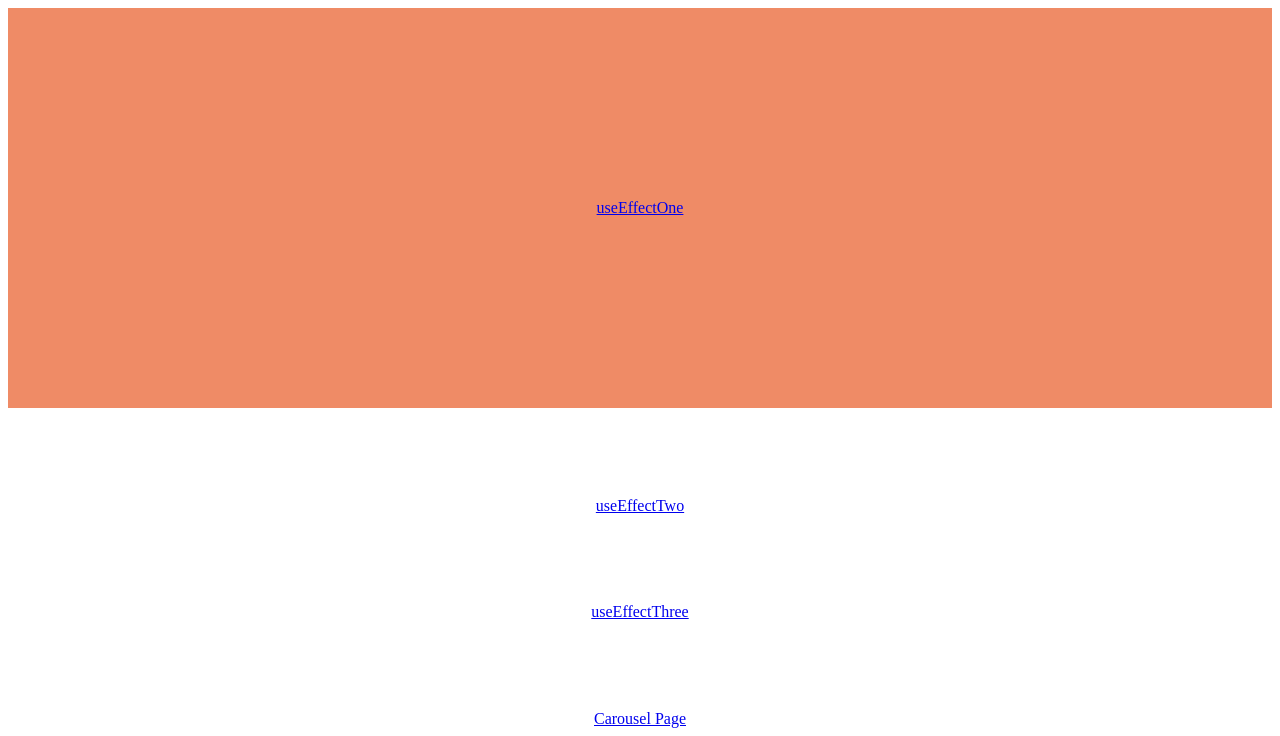
Repository: giovanabirck/class8
Page: /
These files come from the project's save history. The page is drawn as it stood at one moment and after the next save; the edit follows.
The browser window is 1280 px wide. The pictures show the whole page.
The project was rebuilt for these pictures with package versions that can differ from the ones it lists, and the page was loaded fresh each time. The framework's server and built-in components were replaced by stand-ins that run in the browser. Also part of the build but not shown: next.config.js.

Above is the page before, as saved 2023-02-23 17:48:03.

### pages/index.js
import Head from 'next/head'
import styles from '@/styles/Home.module.css'
import Link from 'next/link'


export default function Home() {
  return (
    <>
      <Head>
        <title>Create Next App</title>
        <meta name="description" content="Generated by create next app" />
        <meta name="viewport" content="width=device-width, initial-scale=1" />
        <link rel="icon" href="/favicon.ico" />
      </Head>
      <main className={styles.main}>
        <div className={styles.effect_one}>
          <Link href="/useEffectOne" className={styles.one_link}>useEffectOne</Link>
        </div>
        <div className={styles.effect_two}>
          <Link href="/useEffectTwo">useEffectTwo</Link>
        </div>
        <div className={styles.effect_three}>
          <Link href="/useEffectThree">useEffectThree</Link>
        </div>
        <div className={styles.carousel}>
          <Link href="/carouselPage">Carousel Page</Link>
        </div>
      </main>
    </>
  )
}

### styles/globals.css
:root {
  --blue: #95CDF9;
  --green: #C3E0CF;
  --orange: #EF8B66;
  --white: #f4f9fd;
  --black: #222222;
  }

### styles/Home.module.css
.main {
  display: flex;
  flex-direction: column;
  justify-content: space-between;
  align-items: center;
  padding: 0rem;
  min-height: 100vh;
  font-family: ;
}

.effect_one {
  background-color: var(--orange);
  width: 100%;
  height: 25rem;
  margin: 0rem;
  display: flex;
  justify-content: center;
  align-items: center;

}

Loaded but not shown: pages/_app.js (common file); pages/_document.js (common file)

After the next save:
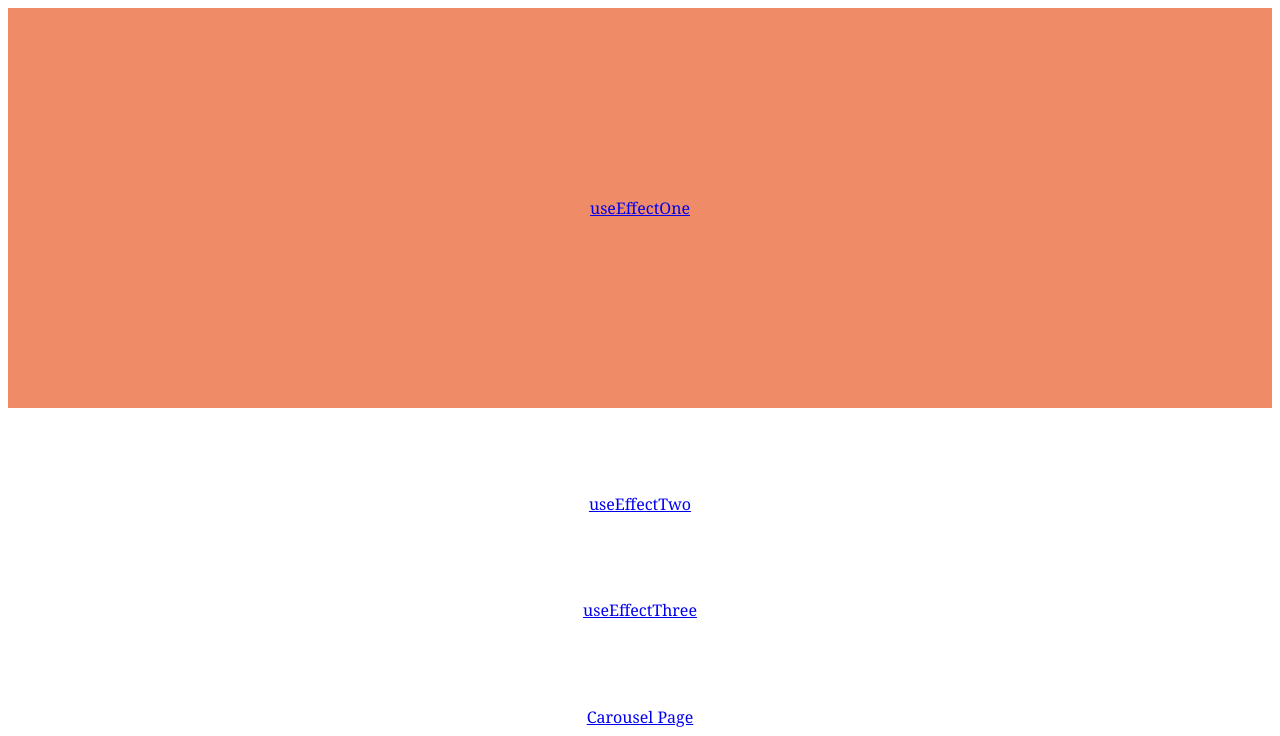
Saved 8 s later.
--- a/styles/Home.module.css
+++ b/styles/Home.module.css
@@ -5,7 +5,7 @@
   align-items: center;
   padding: 0rem;
   min-height: 100vh;
-  font-family: ;
+  font-family: Georgia, 'Times New Roman', Times, serif;
 }
 
 .effect_one {

After the save that followed:
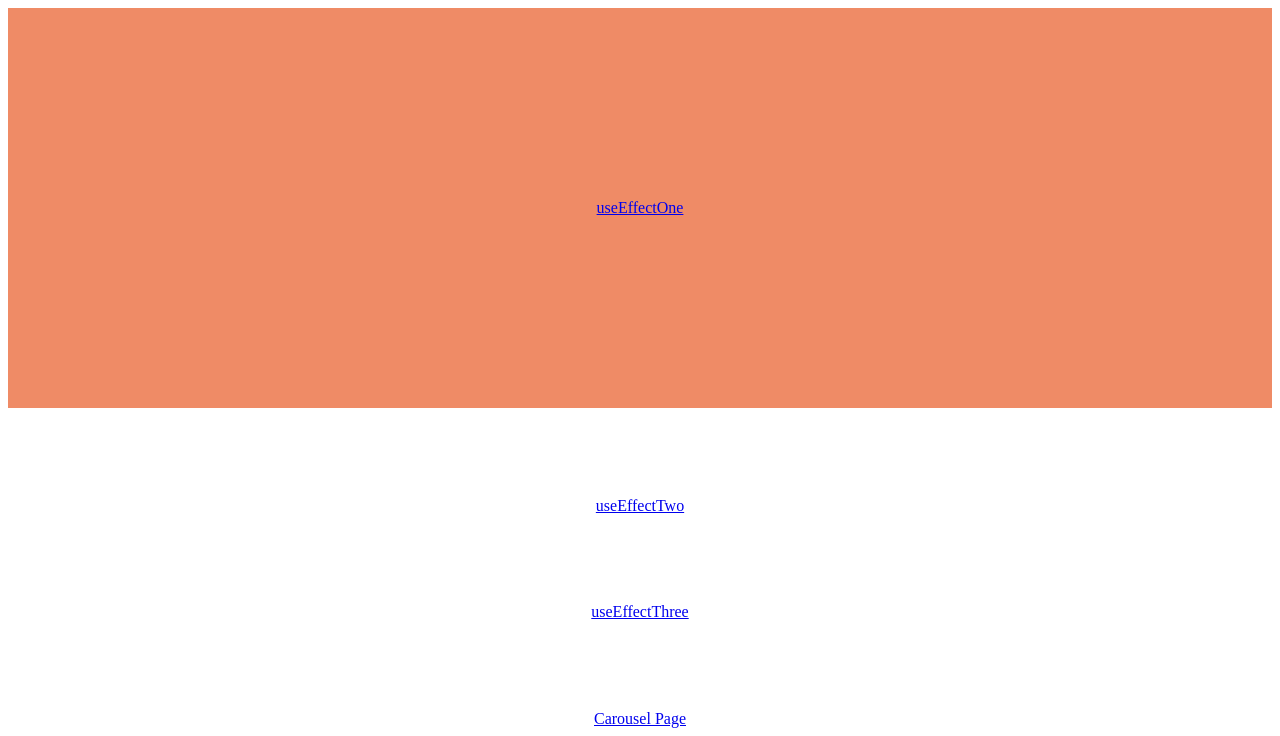
Saved 7 s later.
--- a/styles/Home.module.css
+++ b/styles/Home.module.css
@@ -5,7 +5,7 @@
   align-items: center;
   padding: 0rem;
   min-height: 100vh;
-  font-family: Georgia, 'Times New Roman', Times, serif;
+  font-family: ;
 }
 
 .effect_one {
